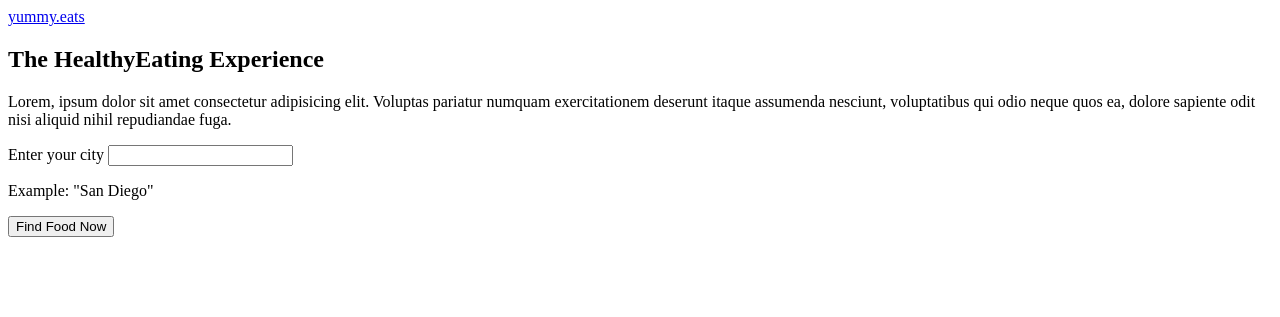
Repository: MansiLadkar/food_frontend
Page: index.html
The author's editor kept a copy of each file at every save. The page is drawn from the files as they stood at one save, then again after the next save.
The browser window is 1280 px wide. The pictures show the whole page.

Above is the page before, as saved 2023-01-13 13:24:08.

After the next save:
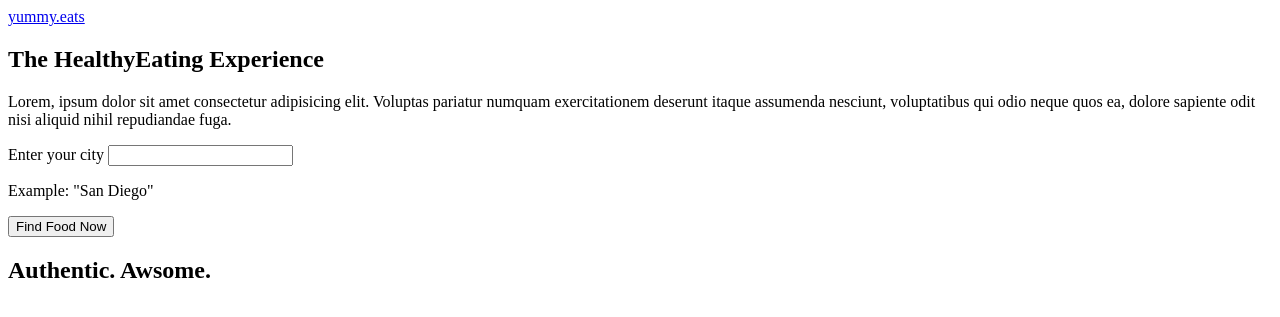
Saved 5 min 54 s later.
--- a/index.html
+++ b/index.html
@@ -31,7 +31,11 @@
           </form>
         </div>
       </section>
-      <section></section>
     </div>
+    <section class="authentic">
+      <div class="right-col">
+        <h1>Authentic. Awsome.</h1>
+      </div>
+    </section>
   </body>
 </html>
